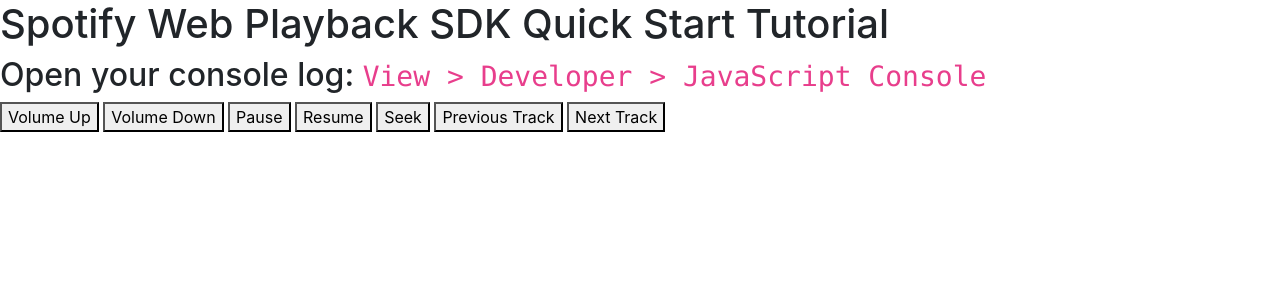
Repository: eunoia3269/leapjs
Page: research-project/spotify-sample.html
These files come from the project's save history. The page is drawn as it stood at one moment and after the next save; the edit follows.
The browser window is 1280 px wide. The pictures show the whole page.

Above is the page before, as saved 2019-12-28 20:09:01.

### research-project/spotify-sample.html
<!DOCTYPE html>
<html>
<head>
  <!-- Required meta tags -->
  <meta charset="utf-8">
  <meta name="viewport" content="width=device-width, initial-scale=1, shrink-to-fit=no">
  <!-- Bootstrap CSS -->
  <link rel="stylesheet" href="../bootstrap-4.4.1-dist/css/bootstrap.min.css"></link>
  <title>Spotify Web Playback SDK Quick Start Tutorial</title>
</head>
<body>
  <div>
    <h1>Spotify Web Playback SDK Quick Start Tutorial</h1>
    <h2>Open your console log: <code>View > Developer > JavaScript Console</code></h2>
    <button type="button" id="volume-up-button">Volume Up</button>
    <button type="button" id="volume-down-button">Volume Down</button>
    <button type="button" id="pause-button">Pause</button>
    <button type="button" id="resume-button">Resume</button>
    <button type="button" id="seek-button">Seek</button>
    <button type="button" id="previous-track-button">Previous Track</button>
    <button type="button" id="next-track-button">Next Track</button>
  </div>

  <script src="https://sdk.scdn.co/spotify-player.js"></script>
  <script>
    window.onSpotifyWebPlaybackSDKReady = () => {
        const token = 'BQDEK1RS1wbr02Ta6UGUrzybRJ-uHUGgT4XgWsJbq8VkfThQFdM3yr4CzYStR-SZJ1Qgn9FAex0RMrW1pC9t9qDfTzt35wgr6ohaQ4llSDcaVgsrlc6Bft0Sv9a7UEm0iXxDT3su4OOIVHnluOty8_4CvqPmAjbuNDQG4gSxr9mjQPCTl8xZ2Eg';
        const player = new Spotify.Player({
            name: 'Web Playback SDK Quick Start Player',
            getOAuthToken: cb => { cb(token); }
        });
        console.log(player);

        // Error handling
        player.addListener('initialization_error', ({ message }) => { console.error(message); });
        player.addListener('authentication_error', ({ message }) => { console.error(message); });
        player.addListener('account_error', ({ message }) => { console.error(message); });
        player.addListener('playback_error', ({ message }) => { console.error(message); });

        // Playback status updates
        player.addListener('player_state_changed', state => { console.log(state); });

        // Ready
        player.addListener('ready', ({ device_id }) => {
            console.log('Ready with Device ID', device_id);
        });

        // Not Ready
        player.addListener('not_ready', ({ device_id }) => {
            console.log('Device ID has gone offline', device_id);
        });

        // Connect to the player!
        player.connect().then(success => {
            if (success) {
                console.log('The Web Playback SDK successfully connected to Spotify!');
            }
        });

        document.getElementById("volume-up-button").onclick = function() {
            player.getVolume().then(volume => {
                let volume_percentage = volume * 100;
                console.log(`The volume of the player is ${volume_percentage}%`);
                set_volume = (volume < 0.9) ? volume + 0.1 : 1.0;
                player.setVolume(set_volume).then(() => {
                    console.log('Volume Up!');
                });
            });
        };

        document.getElementById("volume-down-button").onclick = function() {
            player.getVolume().then(volume => {
                let volume_percentage = volume * 100;
                console.log(`The volume of the player is ${volume_percentage}%`);
                set_volume = (volume > 0.1) ? volume - 0.1 : 0.0;
                player.setVolume(set_volume).then(() => {
                    console.log('Volume Down!');
                });
            });
        };

        document.getElementById("pause-button").onclick = function() {
            player.pause().then(() => {
                console.log('Paused!');
            });
        };

        document.getElementById("resume-button").onclick = function() {
            player.resume().then(() => {
               console.log('Resumed!');
            });
        };

        document.getElementById("seek-button").onclick = function() {
            // Seek to a minute into the track
            player.seek(60 * 1000).then(() => {
                console.log('Changed position!');
            });
        };

        document.getElementById("previous-track-button").onclick = function() {
            player.previousTrack().then(() => {
                console.log('Set to previous track!');
            });
        };

        document.getElementById("next-track-button").onclick = function() {
            player.nextTrack().then(() => {
                console.log('Skipped to next track!');
            });
        };

    }
  </script>
</body>
</html>

Loaded but not shown: bootstrap-4.4.1-dist/css/bootstrap.min.css (library)

After the next save:
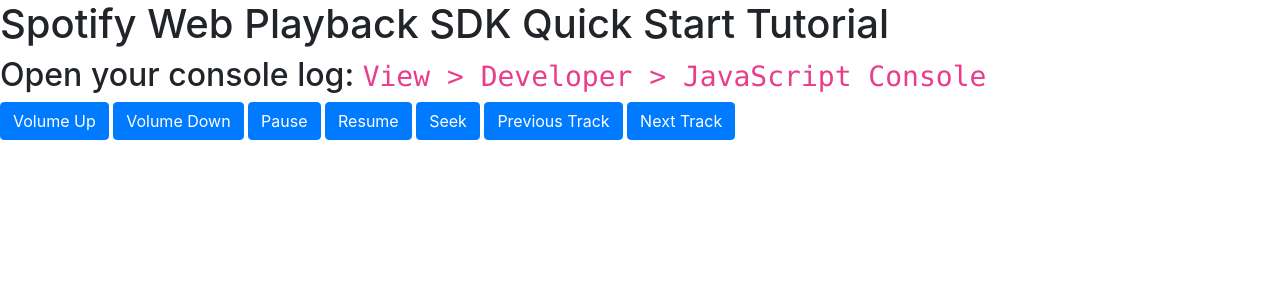
Saved 37 s later.
--- a/research-project/spotify-sample.html
+++ b/research-project/spotify-sample.html
@@ -12,13 +12,13 @@
   <div>
     <h1>Spotify Web Playback SDK Quick Start Tutorial</h1>
     <h2>Open your console log: <code>View > Developer > JavaScript Console</code></h2>
-    <button type="button" id="volume-up-button">Volume Up</button>
-    <button type="button" id="volume-down-button">Volume Down</button>
-    <button type="button" id="pause-button">Pause</button>
-    <button type="button" id="resume-button">Resume</button>
-    <button type="button" id="seek-button">Seek</button>
-    <button type="button" id="previous-track-button">Previous Track</button>
-    <button type="button" id="next-track-button">Next Track</button>
+    <button type="button" id="volume-up-button" class="btn btn-primary">Volume Up</button>
+    <button type="button" id="volume-down-button" class="btn btn-primary">Volume Down</button>
+    <button type="button" id="pause-button" class="btn btn-primary">Pause</button>
+    <button type="button" id="resume-button" class="btn btn-primary">Resume</button>
+    <button type="button" id="seek-button" class="btn btn-primary">Seek</button>
+    <button type="button" id="previous-track-button" class="btn btn-primary">Previous Track</button>
+    <button type="button" id="next-track-button" class="btn btn-primary">Next Track</button>
   </div>
 
   <script src="https://sdk.scdn.co/spotify-player.js"></script>
